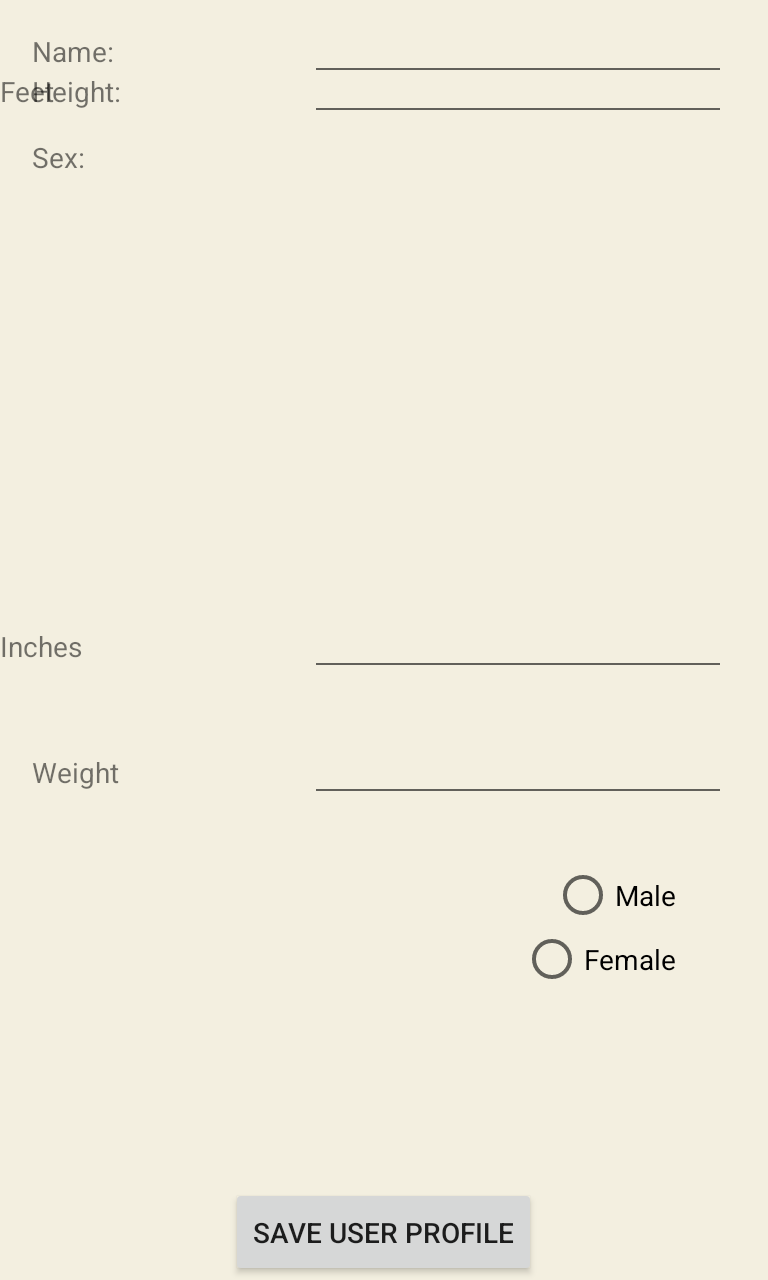
Repository: CS185Wingman/wingman
Layout: Workspace/wingman/res/layout/user_settings.xml
An editor plug-in stored every save of this project. The layout is shown before and after the next save, followed by the edit.
It is drawn on a 768 x 1280 px phone screen (xhdpi) without system bars, with theme AppTheme; the app's code is not run.

Above is the layout before, as saved 2014-06-06 04:28:44.

### Workspace/wingman/res/layout/user_settings.xml
<?xml version="1.0" encoding="utf-8"?>
<RelativeLayout xmlns:android="http://schemas.android.com/apk/res/android"
    android:layout_width="wrap_content"
    android:layout_height="wrap_content"
    android:background="@color/offwhite" >

    <TextView
        android:id="@+id/nameLabel"
        android:layout_width="wrap_content"
        android:layout_height="wrap_content"
        android:layout_alignParentLeft="true"
        android:layout_alignParentTop="true"
        android:layout_marginLeft="16dp"
        android:layout_marginTop="16dp"
        android:text="Name:" />

    <EditText
        android:id="@+id/nameField"
        android:layout_width="wrap_content"
        android:layout_height="wrap_content"
        android:layout_alignBaseline="@+id/nameLabel"
        android:layout_alignBottom="@+id/nameLabel"
        android:layout_alignParentRight="true"
        android:layout_marginRight="20dp"
        android:ems="10"
        android:inputType="textPersonName" />

    <TextView
        android:id="@+id/sexLabel"
        android:layout_width="wrap_content"
        android:layout_height="wrap_content"
        android:layout_alignLeft="@+id/nameLabel"
        android:layout_below="@+id/nameField"
        android:layout_marginTop="26dp"
        android:text="Sex:" />

    <RadioGroup
    android:layout_width="fill_parent"
    android:layout_height="wrap_content"
    android:orientation="vertical">
    </RadioGroup>

    <TextView
        android:id="@+id/heightLabel"
        android:layout_width="wrap_content"
        android:layout_height="wrap_content"
        android:layout_alignLeft="@+id/sexLabel"
        android:layout_marginTop="36dp"
        android:text="Height:" />

    <EditText
        android:id="@+id/heightField"
        android:layout_width="wrap_content"
        android:layout_height="wrap_content"
        android:layout_alignBaseline="@+id/heightLabel"
        android:layout_alignBottom="@+id/heightLabel"
        android:layout_alignLeft="@+id/nameField"
        android:ems="10"
        android:inputType="number" >

        />
    </EditText>

    <EditText
        android:id="@+id/inchesField"
        android:layout_width="wrap_content"
        android:layout_height="wrap_content"
        android:layout_alignLeft="@+id/heightField"
        android:layout_alignRight="@+id/heightField"
        android:layout_centerVertical="true"
        android:ems="10"
        android:inputType="number" />

    <TextView
        android:id="@+id/feetLabel"
        android:layout_width="wrap_content"
        android:layout_height="wrap_content"
        android:layout_alignBaseline="@+id/heightField"
        android:layout_alignBottom="@+id/heightField"
        android:text="Feet" />

    <TextView
        android:id="@+id/inchesLabel"
        android:layout_width="wrap_content"
        android:layout_height="wrap_content"
        android:layout_alignBaseline="@+id/inchesField"
        android:layout_alignBottom="@+id/inchesField"
        android:layout_alignLeft="@+id/feetLabel"
        android:text="Inches" />

    <TextView
        android:id="@+id/weightLabel"
        android:layout_width="wrap_content"
        android:layout_height="wrap_content"
        android:layout_alignLeft="@+id/heightLabel"
        android:layout_below="@+id/inchesField"
        android:layout_marginTop="36dp"
        android:text="Weight" />

    <EditText
        android:id="@+id/weightField"
        android:layout_width="wrap_content"
        android:layout_height="wrap_content"
        android:layout_alignBaseline="@+id/weightLabel"
        android:layout_alignBottom="@+id/weightLabel"
        android:layout_alignLeft="@+id/inchesField"
        android:ems="10"
        android:inputType="number" />

    <Button
        android:id="@+id/saveSettingsButton"
        android:layout_width="wrap_content"
        android:layout_height="wrap_content"
        android:layout_alignParentBottom="true"
        android:layout_centerHorizontal="true"
        android:text="Save User Profile" />

    <RadioButton
        android:id="@+id/maleButton"
        android:layout_width="wrap_content"
        android:layout_height="wrap_content"
        android:layout_alignRight="@+id/weightField"
        android:layout_below="@+id/weightField"
        android:layout_marginRight="26dp"
        android:layout_marginTop="28dp"
        android:text="Male" />

    <RadioButton
        android:id="@+id/femaleButton"
        android:layout_width="wrap_content"
        android:layout_height="wrap_content"
        android:layout_alignRight="@+id/maleButton"
        android:layout_below="@+id/maleButton"
        android:text="Female" />

</RelativeLayout>

### Workspace/wingman/res/values/colors.xml
<?xml version="1.0" encoding="utf-8"?>
<resources>
    <color name="red">#ff0000</color>
    <color name="green">#00ff00</color>
    <color name="orange">#ff6600</color>
    <color name="blue">#0066FF</color>
    <color name="grey">#696969</color>
    <color name="teal">#217c7e</color>
    <color name="offwhite">#f3efe0</color>
    <color name="lightblue">#3399ff</color>
    <color name="darkred">#9a3334</color>
</resources>

Loaded but not shown: Workspace/wingman/res/values/styles.xml (common file); Workspace/wingman/res/values-v11/styles.xml (common file); Workspace/wingman/res/values-v14/styles.xml (common file)

After the next save:
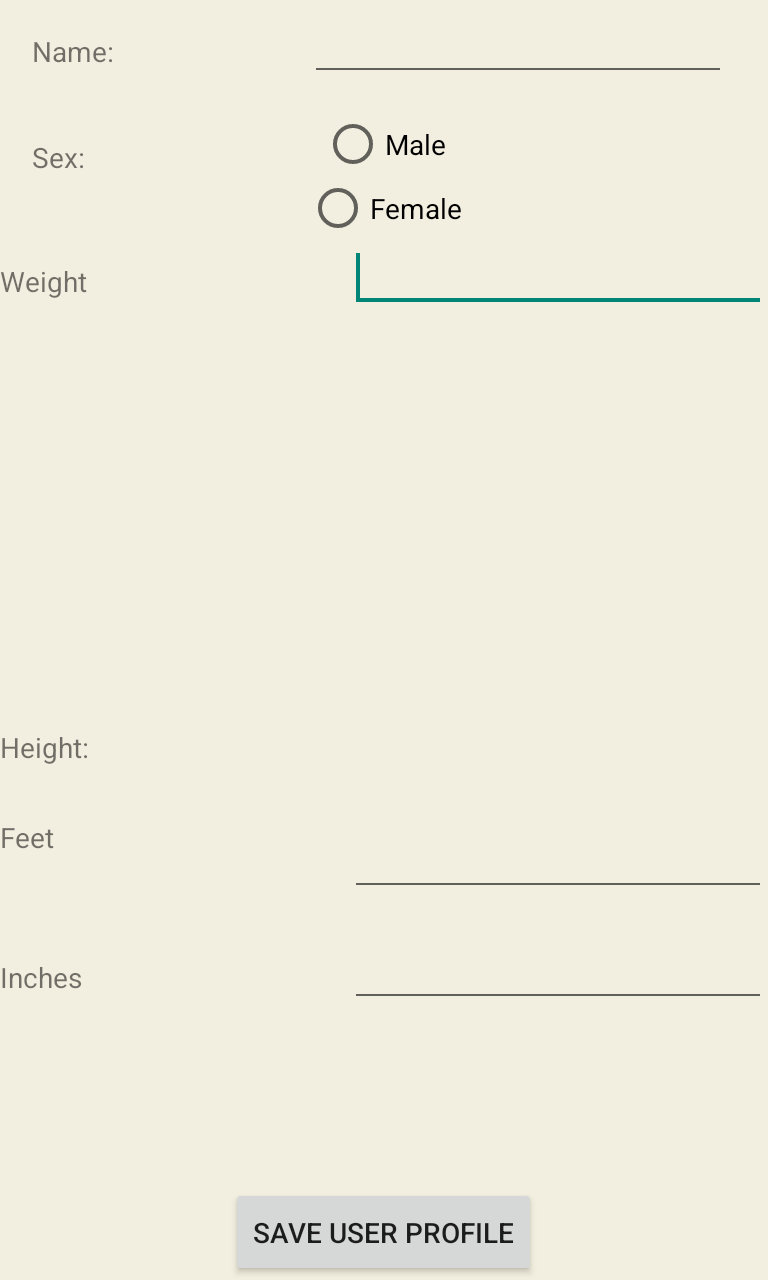
Saved 3 min 43 s later.
--- a/Workspace/wingman/res/layout/user_settings.xml
+++ b/Workspace/wingman/res/layout/user_settings.xml
@@ -41,45 +41,6 @@
     </RadioGroup>
 
     <TextView
-        android:id="@+id/heightLabel"
-        android:layout_width="wrap_content"
-        android:layout_height="wrap_content"
-        android:layout_alignLeft="@+id/sexLabel"
-        android:layout_marginTop="36dp"
-        android:text="Height:" />
-
-    <EditText
-        android:id="@+id/heightField"
-        android:layout_width="wrap_content"
-        android:layout_height="wrap_content"
-        android:layout_alignBaseline="@+id/heightLabel"
-        android:layout_alignBottom="@+id/heightLabel"
-        android:layout_alignLeft="@+id/nameField"
-        android:ems="10"
-        android:inputType="number" >
-
-        />
-    </EditText>
-
-    <EditText
-        android:id="@+id/inchesField"
-        android:layout_width="wrap_content"
-        android:layout_height="wrap_content"
-        android:layout_alignLeft="@+id/heightField"
-        android:layout_alignRight="@+id/heightField"
-        android:layout_centerVertical="true"
-        android:ems="10"
-        android:inputType="number" />
-
-    <TextView
-        android:id="@+id/feetLabel"
-        android:layout_width="wrap_content"
-        android:layout_height="wrap_content"
-        android:layout_alignBaseline="@+id/heightField"
-        android:layout_alignBottom="@+id/heightField"
-        android:text="Feet" />
-
-    <TextView
         android:id="@+id/inchesLabel"
         android:layout_width="wrap_content"
         android:layout_height="wrap_content"
@@ -87,25 +48,6 @@
         android:layout_alignBottom="@+id/inchesField"
         android:layout_alignLeft="@+id/feetLabel"
         android:text="Inches" />
-
-    <TextView
-        android:id="@+id/weightLabel"
-        android:layout_width="wrap_content"
-        android:layout_height="wrap_content"
-        android:layout_alignLeft="@+id/heightLabel"
-        android:layout_below="@+id/inchesField"
-        android:layout_marginTop="36dp"
-        android:text="Weight" />
-
-    <EditText
-        android:id="@+id/weightField"
-        android:layout_width="wrap_content"
-        android:layout_height="wrap_content"
-        android:layout_alignBaseline="@+id/weightLabel"
-        android:layout_alignBottom="@+id/weightLabel"
-        android:layout_alignLeft="@+id/inchesField"
-        android:ems="10"
-        android:inputType="number" />
 
     <Button
         android:id="@+id/saveSettingsButton"
@@ -115,22 +57,79 @@
         android:layout_centerHorizontal="true"
         android:text="Save User Profile" />
 
-    <RadioButton
-        android:id="@+id/maleButton"
+    <TextView
+        android:id="@+id/weightLabel"
         android:layout_width="wrap_content"
         android:layout_height="wrap_content"
-        android:layout_alignRight="@+id/weightField"
-        android:layout_below="@+id/weightField"
-        android:layout_marginRight="26dp"
-        android:layout_marginTop="28dp"
-        android:text="Male" />
+        android:layout_alignParentLeft="true"
+        android:layout_below="@+id/sexLabel"
+        android:layout_marginTop="43dp"
+        android:text="Weight" />
+
+    <EditText
+        android:id="@+id/weightField"
+        android:layout_width="wrap_content"
+        android:layout_height="wrap_content"
+        android:layout_alignBaseline="@+id/weightLabel"
+        android:layout_alignBottom="@+id/weightLabel"
+        android:layout_alignParentRight="true"
+        android:ems="10"
+        android:inputType="number" >
+
+        <requestFocus />
+    </EditText>
+
+    <TextView
+        android:id="@+id/feetLabel"
+        android:layout_width="wrap_content"
+        android:layout_height="wrap_content"
+        android:layout_alignParentLeft="true"
+        android:layout_alignTop="@+id/heightField"
+        android:text="Feet" />
+
+    <EditText
+        android:id="@+id/inchesField"
+        android:layout_width="wrap_content"
+        android:layout_height="wrap_content"
+        android:layout_above="@+id/saveSettingsButton"
+        android:layout_alignParentRight="true"
+        android:layout_marginBottom="86dp"
+        android:ems="10"
+        android:inputType="number" />
+
+    <EditText
+        android:id="@+id/heightField"
+        android:layout_width="wrap_content"
+        android:layout_height="wrap_content"
+        android:layout_above="@+id/inchesField"
+        android:layout_alignParentRight="true"
+        android:layout_marginBottom="14dp"
+        android:ems="10"
+        android:inputType="number" />
+
+    <TextView
+        android:id="@+id/heightLabel"
+        android:layout_width="wrap_content"
+        android:layout_height="wrap_content"
+        android:layout_above="@+id/feetLabel"
+        android:layout_alignParentLeft="true"
+        android:layout_marginBottom="26dp"
+        android:text="Height:" />
 
     <RadioButton
         android:id="@+id/femaleButton"
         android:layout_width="wrap_content"
         android:layout_height="wrap_content"
-        android:layout_alignRight="@+id/maleButton"
-        android:layout_below="@+id/maleButton"
+        android:layout_below="@+id/sexLabel"
+        android:layout_centerHorizontal="true"
         android:text="Female" />
 
+    <RadioButton
+        android:id="@+id/maleButton"
+        android:layout_width="wrap_content"
+        android:layout_height="wrap_content"
+        android:layout_above="@+id/femaleButton"
+        android:layout_centerHorizontal="true"
+        android:text="Male" />
+
 </RelativeLayout>
